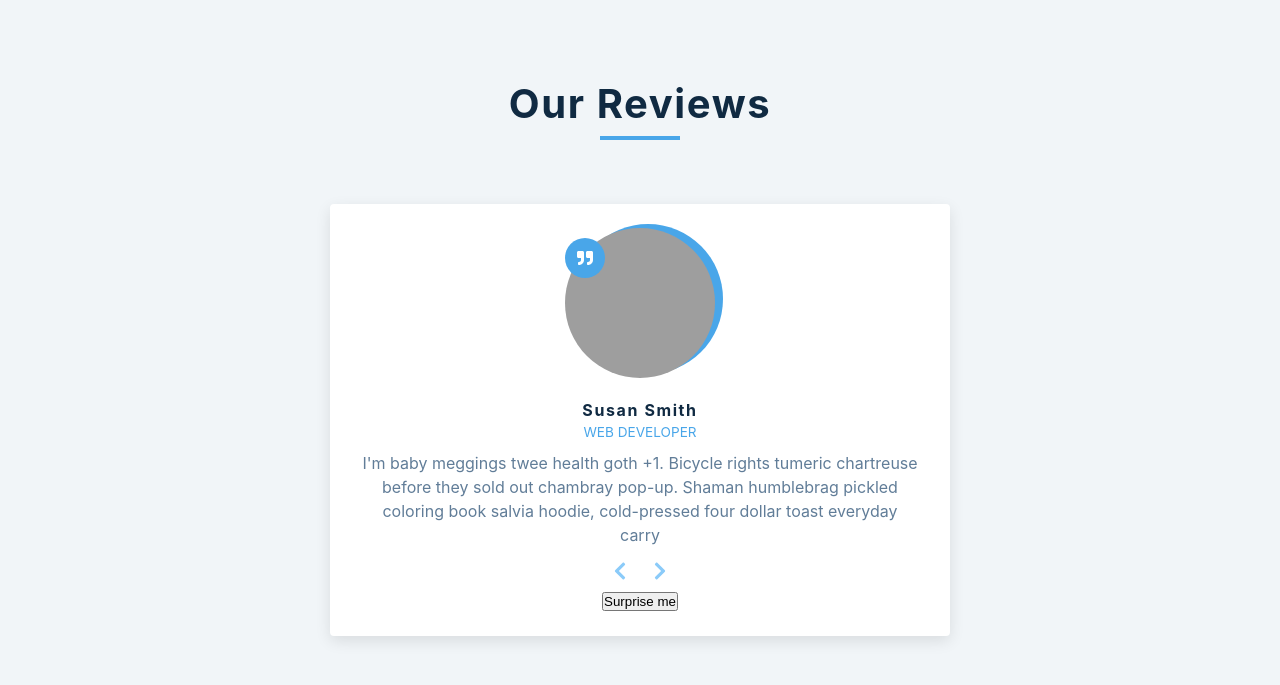
Repository: bodescuanamariia/reviews
Page: /
The author's editor kept a copy of each file at every save. The page is drawn from the files as they stood at one save, then again after the next save.
The browser window is 1280 px wide. The pictures show the whole page.
Pictures or frames that could not be fetched are drawn as grey boxes. The project was rebuilt for these pictures with package versions that can differ from the ones it lists, and the page was loaded fresh each time.

Above is the page before, as saved 2022-04-20 11:41:11.

### src/index.css
/*
===============
Variables
===============
*/

:root {
  /* dark shades of primary color*/
  --clr-primary-1: hsl(205, 86%, 17%);
  --clr-primary-2: hsl(205, 77%, 27%);
  --clr-primary-3: hsl(205, 72%, 37%);
  --clr-primary-4: hsl(205, 63%, 48%);
  /* primary/main color */
  --clr-primary-5: hsl(205, 78%, 60%);
  /* lighter shades of primary color */
  --clr-primary-6: hsl(205, 89%, 70%);
  --clr-primary-7: hsl(205, 90%, 76%);
  --clr-primary-8: hsl(205, 86%, 81%);
  --clr-primary-9: hsl(205, 90%, 88%);
  --clr-primary-10: hsl(205, 100%, 96%);
  /* darkest grey - used for headings */
  --clr-grey-1: hsl(209, 61%, 16%);
  --clr-grey-2: hsl(211, 39%, 23%);
  --clr-grey-3: hsl(209, 34%, 30%);
  --clr-grey-4: hsl(209, 28%, 39%);
  /* grey used for paragraphs */
  --clr-grey-5: hsl(210, 22%, 49%);
  --clr-grey-6: hsl(209, 23%, 60%);
  --clr-grey-7: hsl(211, 27%, 70%);
  --clr-grey-8: hsl(210, 31%, 80%);
  --clr-grey-9: hsl(212, 33%, 89%);
  --clr-grey-10: hsl(210, 36%, 96%);
  --clr-white: #fff;
  --clr-red-dark: hsl(360, 67%, 44%);
  --clr-red-light: hsl(360, 71%, 66%);
  --clr-green-dark: hsl(125, 67%, 44%);
  --clr-green-light: hsl(125, 71%, 66%);
  --clr-black: #222;
  --transition: all 0.3s linear;
  --spacing: 0.1rem;
  --radius: 0.25rem;
  --light-shadow: 0 5px 15px rgba(0, 0, 0, 0.1);
  --dark-shadow: 0 5px 15px rgba(0, 0, 0, 0.2);
  --max-width: 1170px;
  --fixed-width: 620px;
}
/*
===============
Global Styles
===============
*/

*,
::after,
::before {
  margin: 0;
  padding: 0;
  box-sizing: border-box;
}
body {
  font-family: -apple-system, BlinkMacSystemFont, "Segoe UI", Roboto, Oxygen,
    Ubuntu, Cantarell, "Open Sans", "Helvetica Neue", sans-serif;
  background: var(--clr-grey-10);
  color: var(--clr-grey-1);
  line-height: 1.5;
  font-size: 0.875rem;
}
ul {
  list-style-type: none;
}
a {
  text-decoration: none;
}
h1,
h2,
h3,
h4 {
  letter-spacing: var(--spacing);
  text-transform: capitalize;
  line-height: 1.25;
  margin-bottom: 0.75rem;
}
h1 {
  font-size: 3rem;
}
h2 {
  font-size: 2rem;
}
h3 {
  font-size: 1.25rem;
}
h4 {
  font-size: 0.875rem;
}
p {
  margin-bottom: 1.25rem;
  color: var(--clr-grey-5);
}
@media screen and (min-width: 800px) {
  h1 {
    font-size: 4rem;
  }
  h2 {
    font-size: 2.5rem;
  }
  h3 {
    font-size: 1.75rem;
  }
  h4 {
    font-size: 1rem;
  }
  body {
    font-size: 1rem;
  }
  h1,
  h2,
  h3,
  h4 {
    line-height: 1;
  }
}

/*  global classes */

/* section */
.section {
  width: 90vw;
  margin: 0 auto;
  max-width: var(--max-width);
}

@media screen and (min-width: 992px) {
  .section {
    width: 95vw;
  }
}

/*
===============
Reviews
===============
*/
main {
  min-height: 100vh;
  display: grid;
  place-items: center;
}
.title {
  text-align: center;
  margin-bottom: 4rem;
}
.underline {
  height: 0.25rem;
  width: 5rem;
  background: var(--clr-primary-5);
  margin-left: auto;
  margin-right: auto;
}
.container {
  width: 80vw;
  max-width: var(--fixed-width);
}
.review {
  background: var(--clr-white);
  padding: 1.5rem 2rem;
  border-radius: var(--radius);
  box-shadow: var(--light-shadow);
  transition: var(--transition);
  text-align: center;
}
.review:hover {
  box-shadow: var(--dark-shadow);
}
.img-container {
  position: relative;
  width: 150px;
  height: 150px;
  border-radius: 50%;
  margin: 0 auto;
  margin-bottom: 1.5rem;
}
.person-img {
  width: 100%;
  display: block;
  height: 100%;
  object-fit: cover;
  border-radius: 50%;
  position: relative;
}
.quote-icon {
  position: absolute;
  top: 0;
  left: 0;
  width: 2.5rem;
  height: 2.5rem;
  display: grid;
  place-items: center;
  border-radius: 50%;
  transform: translateY(25%);
  background: var(--clr-primary-5);
  color: var(--clr-white);
}
.img-container::before {
  content: "";
  width: 100%;
  height: 100%;
  background: var(--clr-primary-5);
  position: absolute;
  top: -0.25rem;
  right: -0.5rem;
  border-radius: 50%;
}
.author {
  margin-bottom: 0.25rem;
}
.job {
  margin-bottom: 0.5rem;
  text-transform: uppercase;
  color: var(--clr-primary-5);
  font-size: 0.85rem;
}
.info {
  margin-bottom: 0.75rem;
}
.prev-btn,
.next-btn {
  color: var(--clr-primary-7);
  font-size: 1.25rem;
  background: transparent;
  border-color: transparent;
  margin: 0 0.5rem;
  transition: var(--transition);
  cursor: pointer;
}
.prev-btn:hover,
.next-btn:hover {
  color: var(--clr-primary-5);
}
.random-btn {
  margin-top: 0.5rem;
  background: var(--clr-primary-10);
  color: var(--clr-primary-5);
  padding: 0.25rem 0.5rem;
  text-transform: capitalize;
  border-radius: var(--radius);
  transition: var(--transition);
  border-color: transparent;
  cursor: pointer;
}
.random-btn:hover {
  background: var(--clr-primary-5);
  color: var(--clr-primary-1);
}

.icon {
  font-size: 4rem;
  color: red;
}

### src/App.js
import React from "react";
import Review from "./Review";

function App() {
  return (
    <main>
      <section className="container">
        <div className="title">
          <h2>our reviews</h2>
          <div className="underline"></div>
        </div>
        <Review />
      </section>
    </main>
  );
}

export default App;

### src/Review.js
import React, { useState } from "react";
import people from "./data";
import { FaChevronLeft, FaChevronRight, FaQuoteRight } from "react-icons/fa";

const Review = () => {
  const [index, setIndex] = useState(0);
  const { name, job, image, text } = people[index];

  return (
    <article className="review">
      <div className="img-container">
        <img src={image} alt={name} className="person-img" />
        <span className="quote-icon">
          <FaQuoteRight />
        </span>
      </div>
      <h4 className="author">{name}</h4>
      <p className="job">{job}</p>
      <p className="info">{text}</p>
      <div className="button-container">
        <button className="prev-btn">
          <FaChevronLeft />
        </button>
        <button className="next-btn">
          <FaChevronRight />
        </button>
      </div>
      <button className="random">Surprise me</button>
    </article>
  );
};

export default Review;

### src/data.js
const reviews = [
  {
    id: 1,
    name: "susan smith",
    job: "web developer",
    image:
      "https://res.cloudinary.com/diqqf3eq2/image/upload/v1586883334/person-1_rfzshl.jpg",
    text: "I'm baby meggings twee health goth +1. Bicycle rights tumeric chartreuse before they sold out chambray pop-up. Shaman humblebrag pickled coloring book salvia hoodie, cold-pressed four dollar toast everyday carry",
  },
  {
    id: 2,
    name: "anna johnson",
    job: "web designer",
    image:
      "https://res.cloudinary.com/diqqf3eq2/image/upload/v1586883409/person-2_np9x5l.jpg",
    text: "Helvetica artisan kinfolk thundercats lumbersexual blue bottle. Disrupt glossier gastropub deep v vice franzen hell of brooklyn twee enamel pin fashion axe.photo booth jean shorts artisan narwhal.",
  },
  {
    id: 3,
    name: "peter jones",
    job: "intern",
    image:
      "https://res.cloudinary.com/diqqf3eq2/image/upload/v1586883417/person-3_ipa0mj.jpg",
    text: "Sriracha literally flexitarian irony, vape marfa unicorn. Glossier tattooed 8-bit, fixie waistcoat offal activated charcoal slow-carb marfa hell of pabst raclette post-ironic jianbing swag.",
  },
  {
    id: 4,
    name: "bill anderson",
    job: "the boss",
    image:
      "https://res.cloudinary.com/diqqf3eq2/image/upload/v1586883423/person-4_t9nxjt.jpg",
    text: "Edison bulb put a bird on it humblebrag, marfa pok pok heirloom fashion axe cray stumptown venmo actually seitan. VHS farm-to-table schlitz, edison bulb pop-up 3 wolf moon tote bag street art shabby chic. ",
  },
];

export default reviews;

Loaded but not shown: public/index.html (common file); src/index.js (common file)

After the next save:
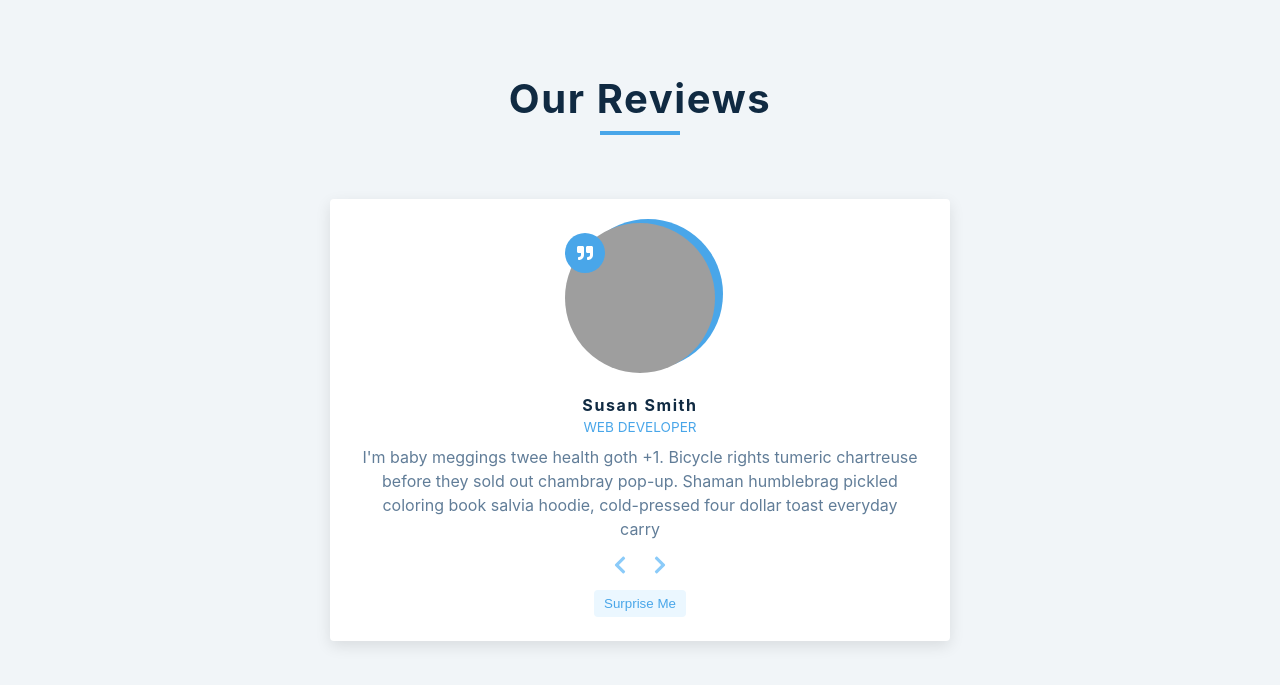
Saved 16 s later.
--- a/src/Review.js
+++ b/src/Review.js
@@ -25,7 +25,7 @@
           <FaChevronRight />
         </button>
       </div>
-      <button className="random">Surprise me</button>
+      <button className="random-btn">Surprise me</button>
     </article>
   );
 };
